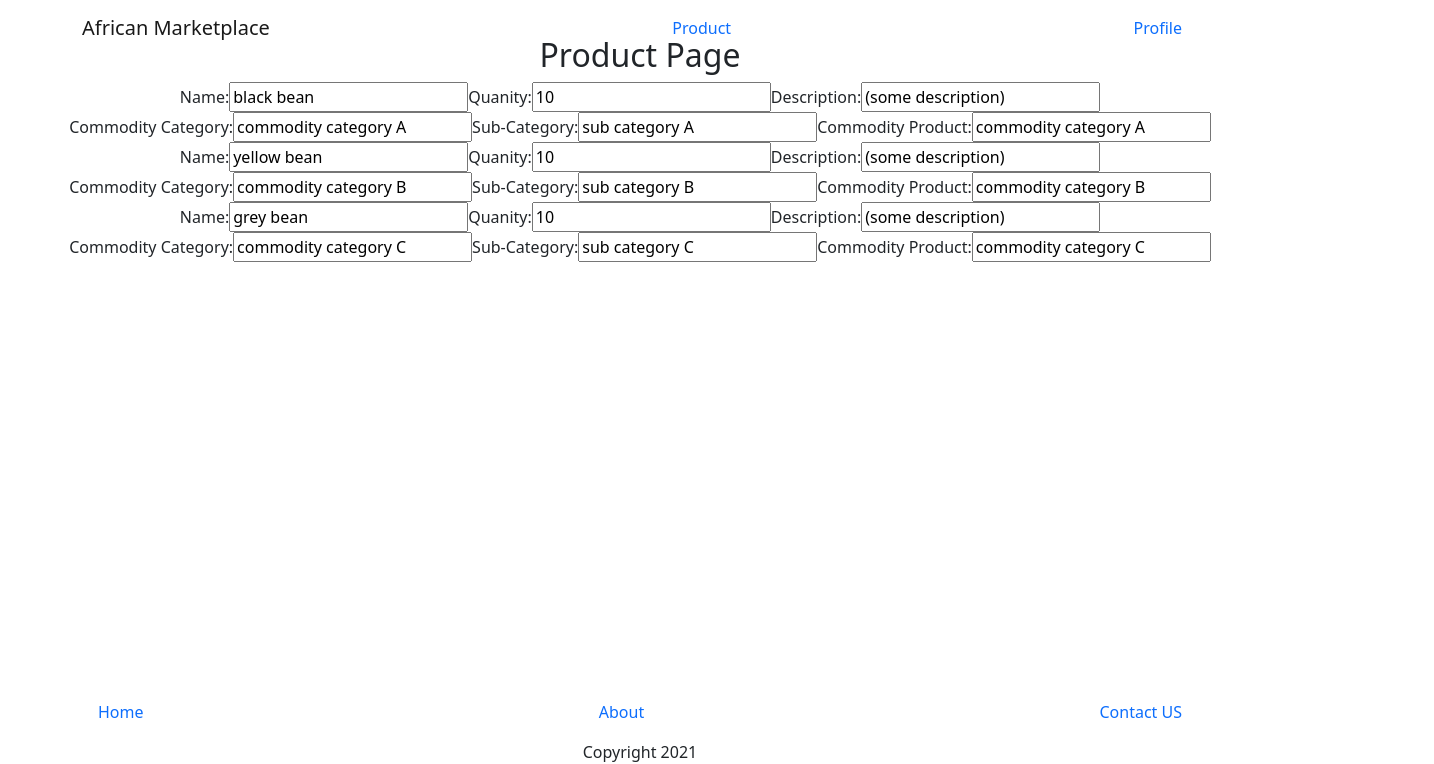
Repository: NelsonMaldonado/AfricanMarketplace
Page: /product (app in african-marketplace/)
These files come from the project's save history. The page is drawn as it stood at one moment and after the next save; the edit follows.
The browser window is 1280 px wide. The page is 1280 px wide, then 1434 px, so the pictures cover 1434 px, including what lies to the right of the window. The pictures show the whole page.
The project was rebuilt for these pictures with package versions that can differ from the ones it lists, and the page was loaded fresh each time. Also part of the build but not shown: african-marketplace/src/component/form_login.js, african-marketplace/src/page/home.js, african-marketplace/src/component/404.js, african-marketplace/src/page/about.js, african-marketplace/src/page/profile.js, african-marketplace/src/page/contact.js.

Above is the page before, as saved 2021-08-23 08:51:25.

### african-marketplace/src/App.js
import "./App.css";
import HomePage from "./page/home";
import NavigationBar from "./component/navigation-bar";
import Page404 from "./component/404";
import Footer from "./component/footer";
import AboutPage from "./page/about";
import ProductPage from "./page/product";
import ProfilePage from "./page/profile";
import ContactPage from "./page/contact";
import { BrowserRouter, Route, Switch } from "react-router-dom";

function App() {
  return (
    <div className="App">
      <header>
        <NavigationBar />
      </header>
      <main>
        <BrowserRouter>
          <Switch>
            <Route exact path="/">
              <HomePage />
            </Route>
            <Route path="/product">
              <ProductPage />
            </Route>
            <Route path="/profile">
              <ProfilePage />
            </Route>
            <Route path="/About">
              <AboutPage />
            </Route>
            <Route path="/Contact">
              <ContactPage />
            </Route>

            <Route>
              <Page404 />
            </Route>
          </Switch>
        </BrowserRouter>
      </main>
      <footer>
        <Footer />
      </footer>
    </div>
  );
}

export default App;

### african-marketplace/src/App.css
.App {
  text-align: center;
}

.App-logo {
  height: 40vmin;
  pointer-events: none;
}

@media (prefers-reduced-motion: no-preference) {
  .App-logo {
    animation: App-logo-spin infinite 20s linear;
  }
}

.App-header {
  background-color: #282c34;
  min-height: 100vh;
  display: flex;
  flex-direction: column;
  align-items: center;
  justify-content: center;
  font-size: calc(10px + 2vmin);
  color: white;
}

.App-link {
  color: #61dafb;
}

header{
  height:5vh;
}

footer{
  height:5vh;
}

main{
  height:90vh;
}

.flex-column{
  display: flex;
  flex-direction: column;
}

.flex-row{
  display: flex;
  flex-direction: row;
}

@keyframes App-logo-spin {
  from {
    transform: rotate(0deg);
  }
  to {
    transform: rotate(360deg);
  }
}

### african-marketplace/src/component/navigation-bar.js
import { Navbar, Nav, Container } from "react-bootstrap";
import "bootstrap/dist/css/bootstrap.min.css";

export default function NavigationBar(props) {
  return (
    <Navbar>
      <Container>
        <Navbar.Brand href="/">African Marketplace</Navbar.Brand>
        <Nav.Link href="/product">Product</Nav.Link>
        <Nav.Link href="/profile">Profile</Nav.Link>
      </Container>
    </Navbar>
  );
}

### african-marketplace/src/component/footer.js
import { Navbar, Nav, Container } from "react-bootstrap";
import "bootstrap/dist/css/bootstrap.min.css";

export default function Footer(props) {
  return (
    <div>
      <Navbar>
        <Container>
          <Nav.Link href="/">Home</Nav.Link>
          <Nav.Link href="/about">About</Nav.Link>
          <Nav.Link href="/contact">Contact US</Nav.Link>
        </Container>
      </Navbar>
      <p>Copyright 2021</p>
    </div>
  );
}

### african-marketplace/src/page/product.js
import React from "react";
import Form_Listing_Item from "../component/form_listing_item";

export default function ProductPage(props) {
  return (
    <div>
      <h2>Product Page</h2>
      <Form_Listing_Item />
    </div>
  );
}

### african-marketplace/src/component/form_listing_item.js
import React from "react";
import { sample_items } from "./constant";
import Form_Item from "../component/form_item";

export default function Form_Listing_Item(props) {
  return (
    <div>
      {Array.from(sample_items).map((object) => {
        return <Form_Item input_object={object} />;
      })}
    </div>
  );
}

### african-marketplace/src/component/constant.js
export const sample_items = [
  {
    name: "black bean",
    quantity: "10",
    description: "(some description)",
    commodityCategory: "commodity category A",
    subCategory: "sub category A",
    commodityProduct: "commodity product A",
  },
  {
    name: "yellow bean",
    quantity: "10",
    description: "(some description)",
    commodityCategory: "commodity category B",
    subCategory: "sub category B",
    commodityProduct: "commodity product B",
  },
  {
    name: "grey bean",
    quantity: "10",
    description: "(some description)",
    commodityCategory: "commodity category C",
    subCategory: "sub category C",
    commodityProduct: "commodity product C",
  },
];

### african-marketplace/src/component/form_item.js
import React from "react";

export default function Form_Item(props) {
  const {
    name,
    quantity,
    description,
    commodityCategory,
    subCategory,
    commodityProduct,
  } = props.input_object;
  return (
    <form class="flex">
      <label>
        Name:
        <input value={props.input_object.name} />
      </label>
      <label>
        Quanity:
        <input value={props.input_object.quantity} />
      </label>
      <label>
        Description:
        <input value={props.input_object.description} />
      </label>
      <label>
        Commodity Category:
        <input value={props.input_object.commodityCategory} />
      </label>
      <label>
        Sub-Category:
        <input value={props.input_object.subCategory} />
      </label>
      <label>
        Commodity Product:
        <input value={props.input_object.commodityCategory} />
      </label>
    </form>
  );
}

Loaded but not shown: african-marketplace/public/index.html (common file); african-marketplace/src/index.js (common file); african-marketplace/src/index.css (common file); african-marketplace/src/reportWebVitals.js (common file)

After the next save:
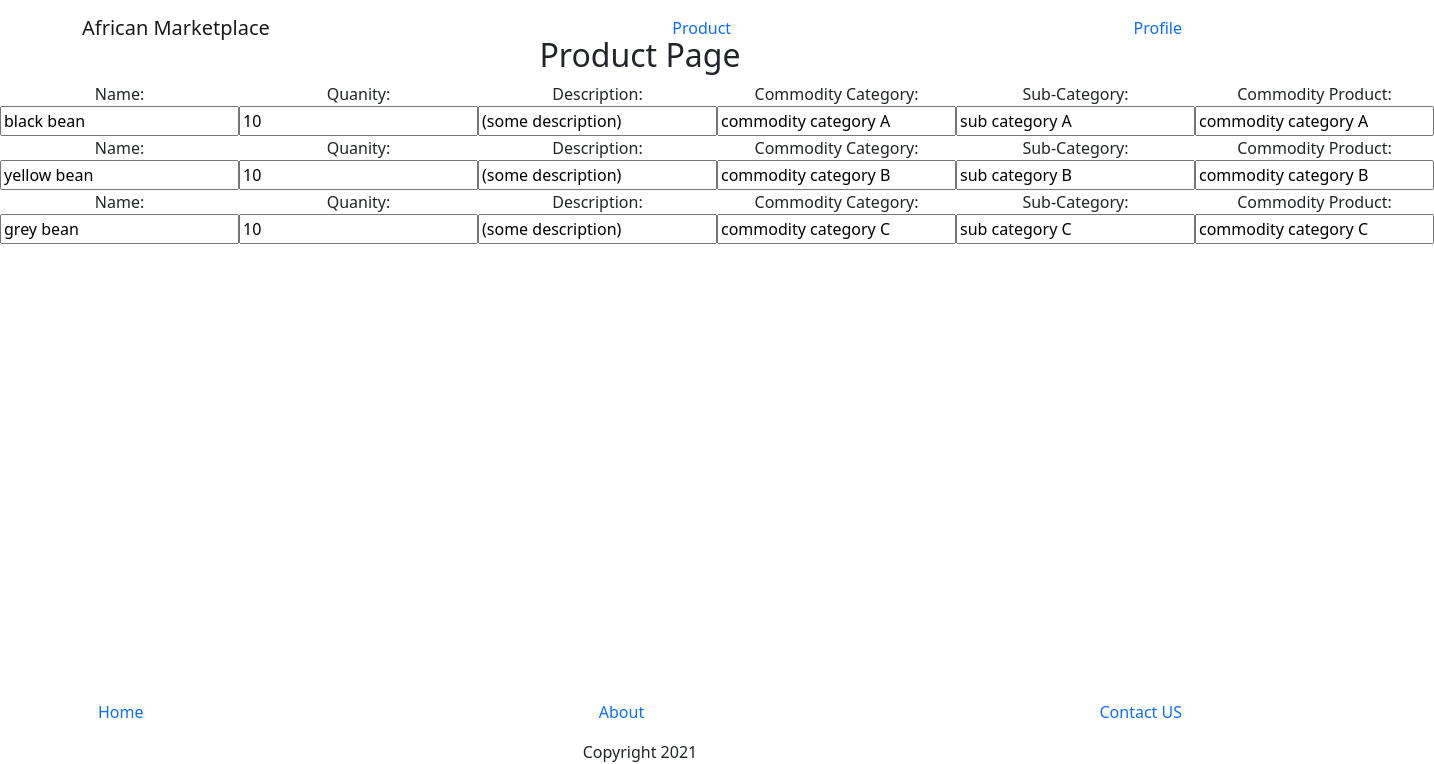
Saved 8 s later.
--- a/african-marketplace/src/component/form_item.js
+++ b/african-marketplace/src/component/form_item.js
@@ -10,7 +10,7 @@ export default function Form_Item(props) {
     commodityProduct,
   } = props.input_object;
   return (
-    <form class="flex">
+    <form class="flex-row">
       <label>
         Name:
         <input value={props.input_object.name} />
